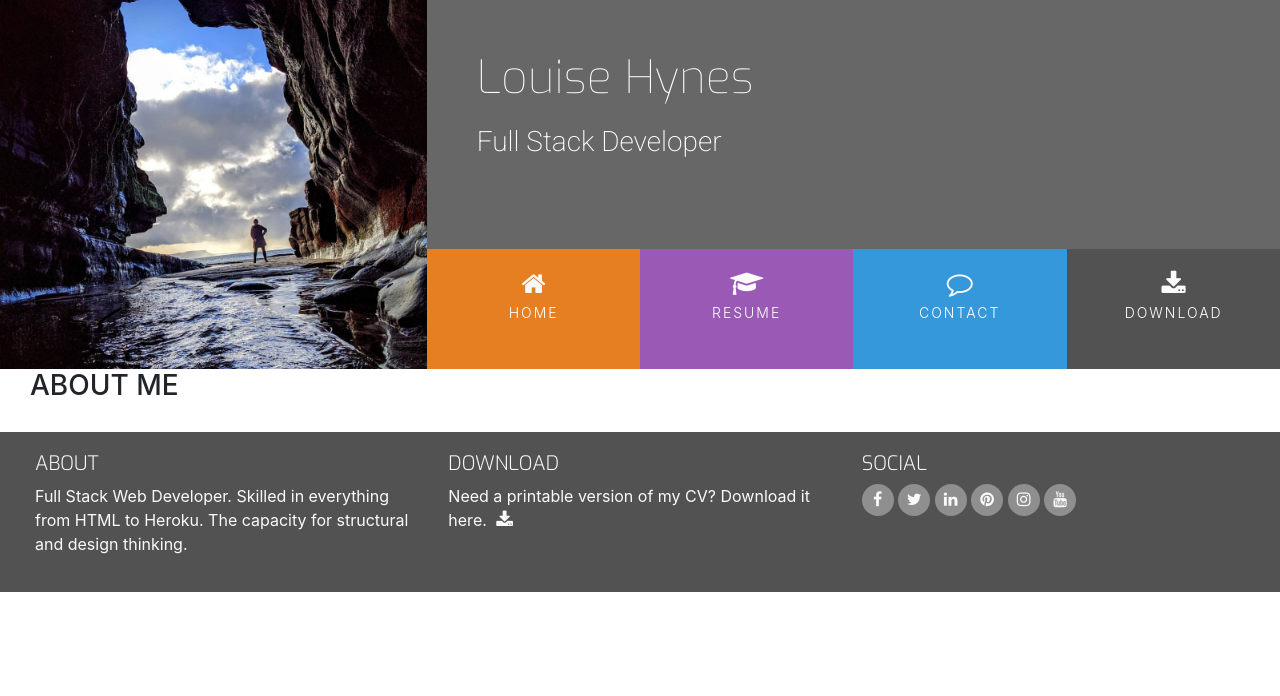
Repository: lhynes/Mini-Project-Resume
Page: index.html
The author's editor kept a record of every edit. The page is drawn from the files as they stood at one moment, then again after the next edit.
The browser window is 1280 px wide. The pictures show the whole page.

Above is the page before.

After the next edit:
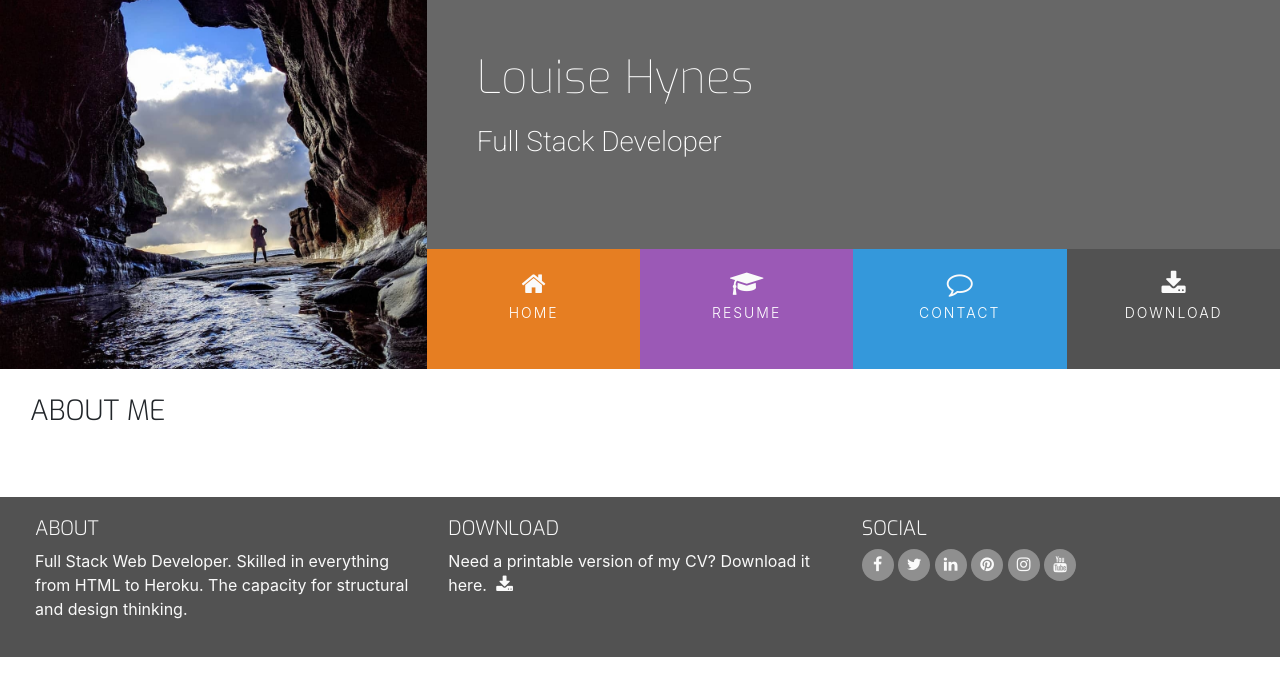
The edit:
--- a/assets/css/style.css
+++ b/assets/css/style.css
@@ -62,9 +62,15 @@
 
  .section-column{
      display: table-cell;
-     padding:0 30px 30px
-
-
+     padding:0 30px 30px;
+     float:none;
+ }
+
+ .section-heading{
+    font-family: "Exo", sans-serif;
+    font-weight: 300;
+    margin-top:25px;
+    margin-bottom: 40px;
  }
 
 
